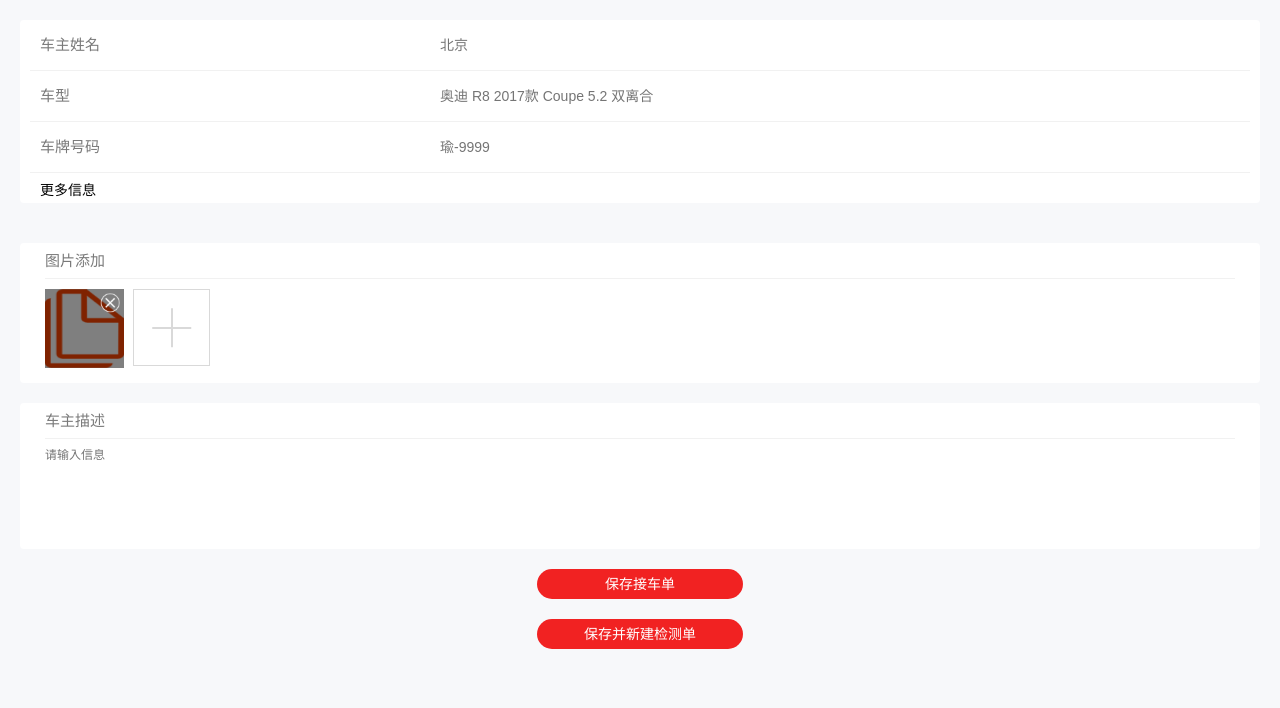
Repository: family-car/car
Page: vehicleEntry.html
The author's editor kept a copy of each file at every save. The page is drawn from the files as they stood at one save, then again after the next save.
The browser window is 1280 px wide. The pictures show the whole page.

Above is the page before, as saved 2020-05-12 00:23:45.

After the next save:
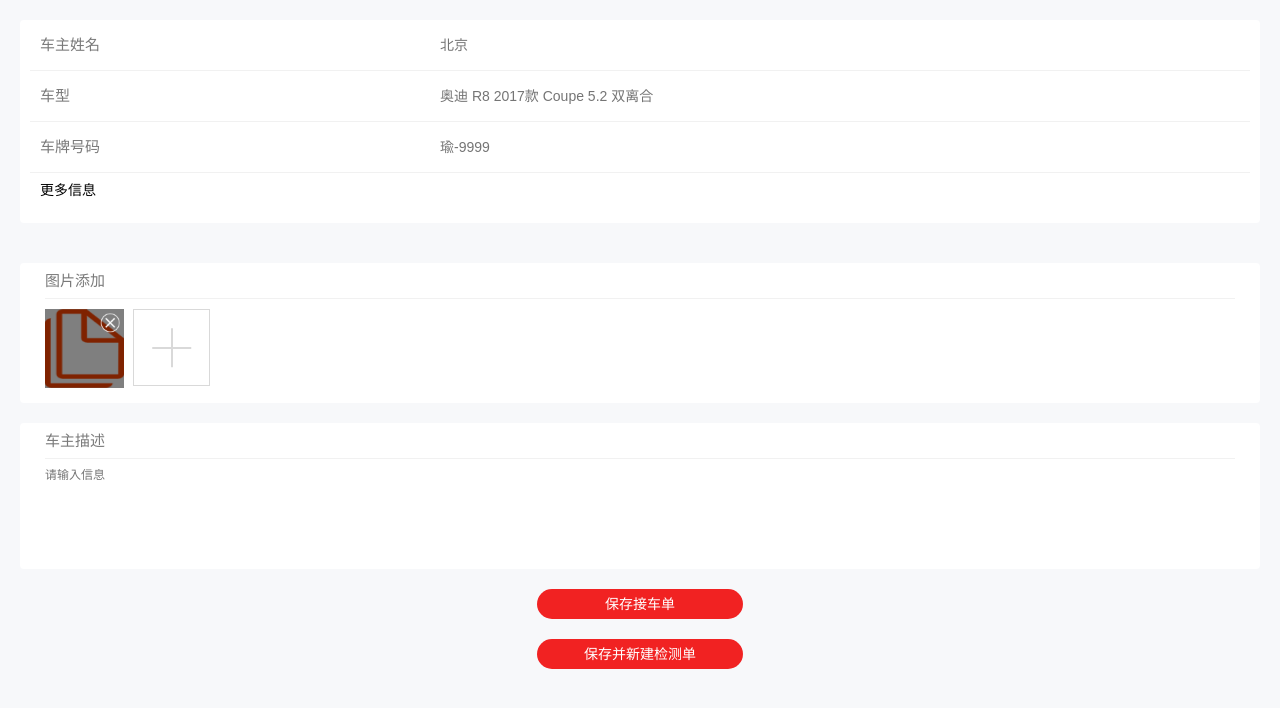
Saved 29 s later.
--- a/src/css/app/vehicleEntry.css
+++ b/src/css/app/vehicleEntry.css
@@ -21,6 +21,9 @@ body,html{
 }
 .more{
     padding: 10px;
+
+}
+.more p{
     height: 30px;
 }
 .userInfo_form .form_cell:last-child{
